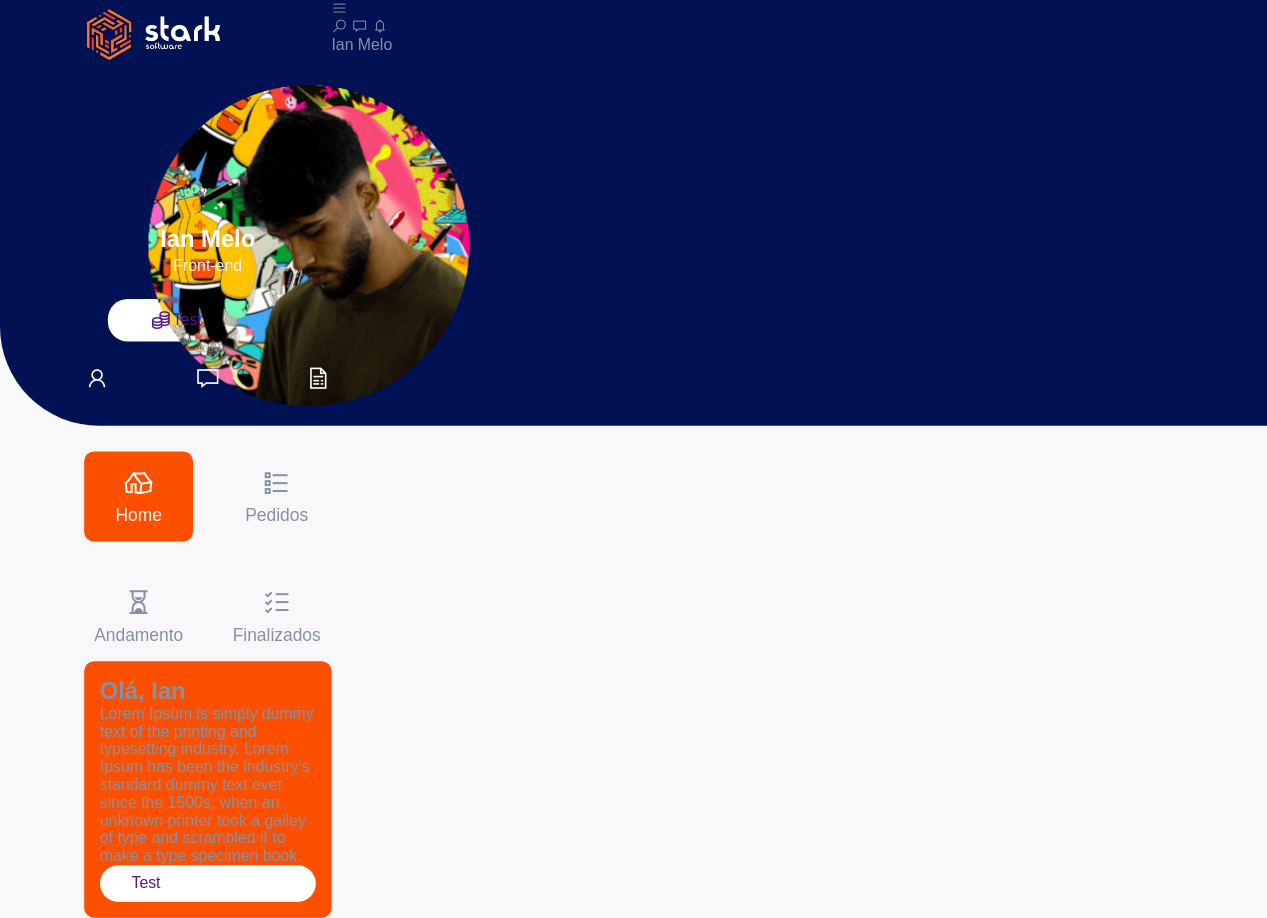
Repository: ichumbo/StarkDashboard
Page: index.html
The author's editor kept a copy of each file at every save. The page is drawn from the files as they stood at one save, then again after the next save.
The browser window is 1280 px wide. The pictures show the whole page, at 99% of full size.
Pictures or frames that could not be fetched are drawn as grey boxes.

Above is the page before, as saved 2023-06-06 19:19:22.

### index.html
<!DOCTYPE html>
<html lang="pt-br">
<head>

    <meta charset="UTF-8">
    <meta http-equiv="X-UA-Compatible" content="IE=edge">
    <meta name="viewport" content="width=device-width, initial-scale=1.0">
    <title>Stark</title>
    <!--CSS-->
    <link rel="stylesheet" href="css/style.css">
    <!--Icons-->
    <link rel="stylesheet" href="https://maxst.icons8.com/vue-static/landings/line-awesome/font-awesome-line-awesome/css/all.min.css">
    <link rel="stylesheet" href="https://maxst.icons8.com/vue-static/landings/line-awesome/line-awesome/1.3.0/css/line-awesome.min.css">

</head>
<body>
    <div class="page-wrapper">
        <input type="checkbox" name="" id="menu-toggle">

        <div class="sidebar">
            <div class="brand">
                <img src="./img/blackicon.png" alt="stark" class="icon-header">
            </div>

            <div class="profile-card">
                <div class="profile-img">
                    <img src="/img/iconphoto.png" alt="Perfil">
                </div>
                <div class="profile-info">
                    <h2>Ian Melo</h2>
                    <small>Front-end</small>
                </div>
                <div class="profile-action">
                    <a href="" class="btn btn-white">
                        <span class="las la-coins"></span>
                        Test
                    </a>
                </div>
                <div class="profile-icons">
                    <span class="las la-user"></span>
                    <span class="las la-comment-alt"></span>
                    <span class="las la-file-invoice"></span>
                </div>
            </div>

            <!--Menu-->

            <div class="sidebar-menu">
                <div class="menu-item">
                    <a href="" class="active">
                        <span class="las la-campground"></span>
                        <span>Home</span>
                    </a>
                </div>

                <div class="menu-item">
                    <a href="">
                        <span class="las la-list"></span>
                        <span>Pedidos</span>
                    </a>
                </div>

                <div class="menu-item">
                    <a href="">
                        <span class="las la-hourglass-half"></span>
                        <span>Andamento</span>
                    </a>
                </div>

                <div class="menu-item">
                    <a href="">
                        <span class="las la-list-alt"></span>
                        <span>Finalizados</span>
                    </a>
                </div>

            </div>

            <!--Cards-->
            <div class="sidebar-card">
                <h2>Olá, Ian</h2>
                <p>Lorem Ipsum is simply dummy text of the printing and typesetting industry. Lorem Ipsum has been the industry's standard dummy text ever since the 1500s, when an unknown printer took a galley of type and scrambled it to make a type specimen book.
                </p>
                <a href="" class="btn btn-block btn-white">Test</a>
            </div>
        </div>

        <!--Header-->
        <div class="main-content">
            <header>
                <label for="menu-toggle">
                    <span class="las la-bars"></span>
                </label>

                <div class="head-icons">
                    <span class="las la-search"></span>
                    <span class="las la-comment-alt"></span>
                    <span class="las la-bell"></span>
                    <div class="head-avartar">
                        <div class="avatar" style="background-image: url(img/1.jpeg)"></div>
                    </div>
                    <span>Ian Melo</span>
                </div>
            </header>

            <!--Main-->
            <main>

            </main>
        </div>
    </div>
</body>
</html>

### css/style.css
@import url(./global.css);
@import url(./color.css);
@import url(./sidebar.css);

/*------------------------------------------------------------------------------------------------------------------------------------------*/

#menu-toggle {
    display: none;
}

### css/global.css
@import url('https://fonts.googleapis.com');

* {
    font-family: 'Nunito', sans-serif;
    text-decoration: none;
    list-style-type: none;
    padding: 0;
    margin: 0;
    box-sizing: border-box;
}

body {
    color: var(--main-text);
    background: var(--bg-body);
}

.icon-header {
    width: 140px;
}

.btn {
    border: none;
    outline: none;
    border-radius: 20px;
    padding: .6rem 2rem;
    display: flex;
    align-items: center;
}

.btn-white {
    background: var(--color-white);
}

.btn span {
    font-size: 1.5rem;
    display: inline-block;
    margin-left: .6rem;
}

.page-wrapper {
    width: 93%;
    margin: auto;
    display: flex;
}

.page-wrapper::before {
    content: "";
    width: 100%;
    height: 430px;
    position: absolute;
    left: 0;
    top: 0;
    background: var(--color-3);
    z-index: -1;
    border-radius: 0px 0px 0px 100px;
}

### css/color.css
:root {
    --color-main: #FC4F00;
    --color-secondary: #E57C23;
    --color-3: #001253;
    --color-dark: #100F0F;
    --color-dark-secundary: #181823;
    --bg-body: #F8F8FB;
    --color-white: #FFFFFF;
    --main-accent: #DC8449;
    --main-text: #8492A6;
    --success: #28A745;
    --danger: #DC3545;
    --shadow: rgba(0, 0, 0, 0.15) 0px 2px 8px;
}

### css/sidebar.css
.sidebar {
    width: 250px;
    margin-left: 40px;
}

.brand {
    height: 70px;
    display: flex;
    align-items: center;
}

.brand h3 {
    font-size: 1.8rem;
    color: var(--color-white);
}

/*-----------------------------------------------PROFILE----------------------------------------------*/

.profile-card {
    text-align: center;
    margin: 1rem 0rem;
}

.profile-img {
    height: 120px;
    width: 120px;
    border-radius: 50%;
    margin: auto;
    background-size: cover;
    background-repeat: no-repeat;
    margin-bottom: 1.3rem;
}

.profile-info {
    color: var(--color-white);
}

.profile-info h2 {
    margin-bottom: .3rem;
}

.profile-info small {
    font-size: 1rem;
    color: #EFEFEF;
}

.profile-action {
    margin: 1.5rem;
}

.profile-icons {
    display: flex;
    justify-content: space-between;
    align-items: center;
    margin-bottom: 3.8rem;
}

.profile-icons span {
    display: inline-block;
    color: var(--color-white);
    font-size: 1.65rem;
}

/*-----------------------------------------------MENU----------------------------------------------*/

.sidebar-menu {
    display: grid;
    grid-template-columns: repeat(2, 1fr);
    grid-gap: 1.8rem;
}

.menu-item a {
    display: block;
    width: 100%;
    padding: 1rem 0rem;
   border-radius: 10px;
}

.menu-item a span {
    display: block;
    text-align: center;
    color: var(--main-text);
    font-size: 1.1rem;
}

.menu-item a span:first-child {
    font-size: 2rem;
    margin-bottom: .4rem;
}

.menu-item a.active {
    background: var(--color-main);
}

.menu-item a.active span {
    color: var(--color-white);
}

/*-----------------------------------------------Cards----------------------------------------------*/

.sidebar-card {
    padding: 1rem;
    border-radius: 10px;
    background: var(--color-main);
}

After the next save:
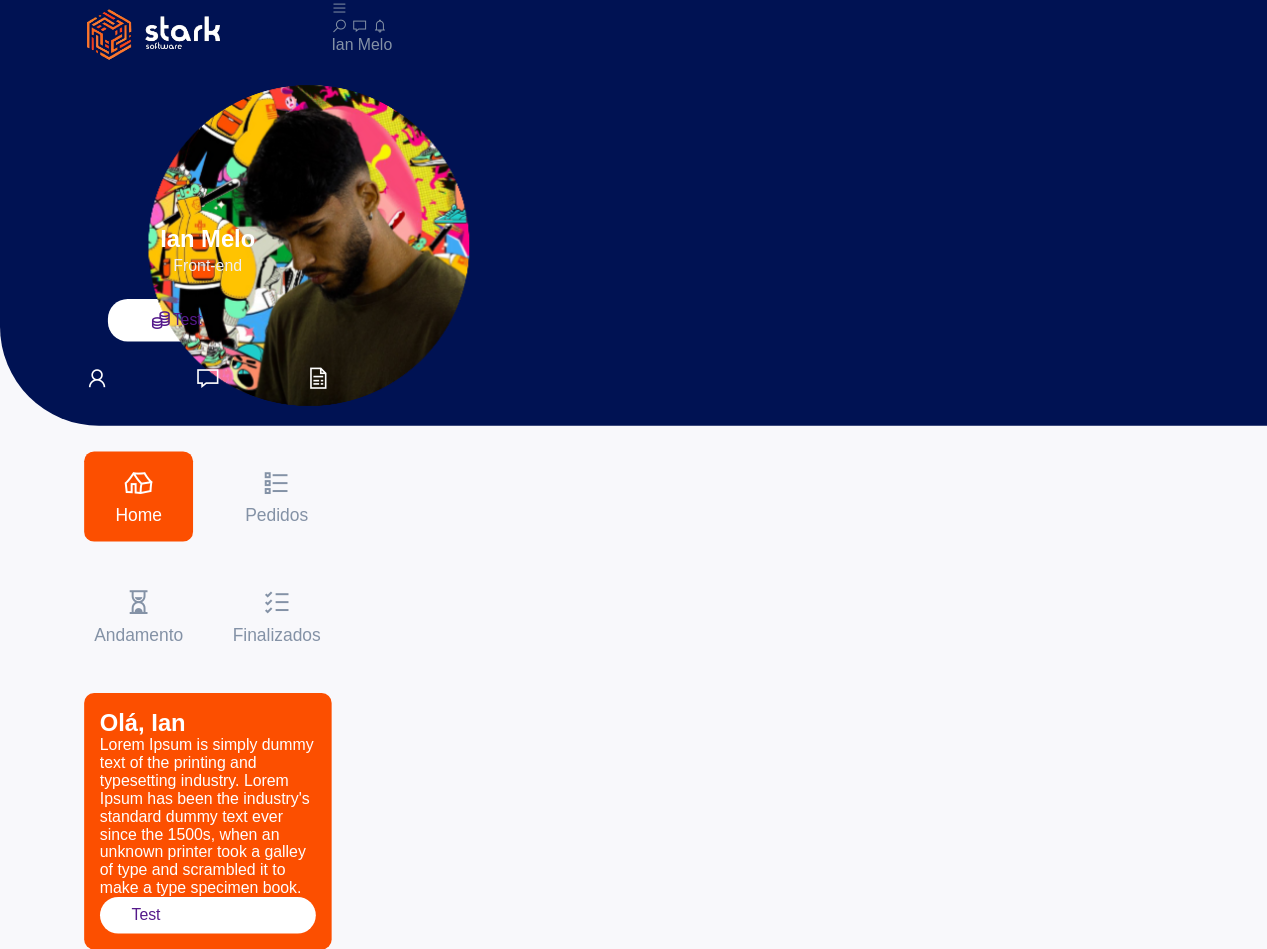
Saved 43 s later.
--- a/css/sidebar.css
+++ b/css/sidebar.css
@@ -102,4 +102,6 @@
     padding: 1rem;
     border-radius: 10px;
     background: var(--color-main);
+    margin-top: 2rem;
+    color: var(--color-white);
 }
